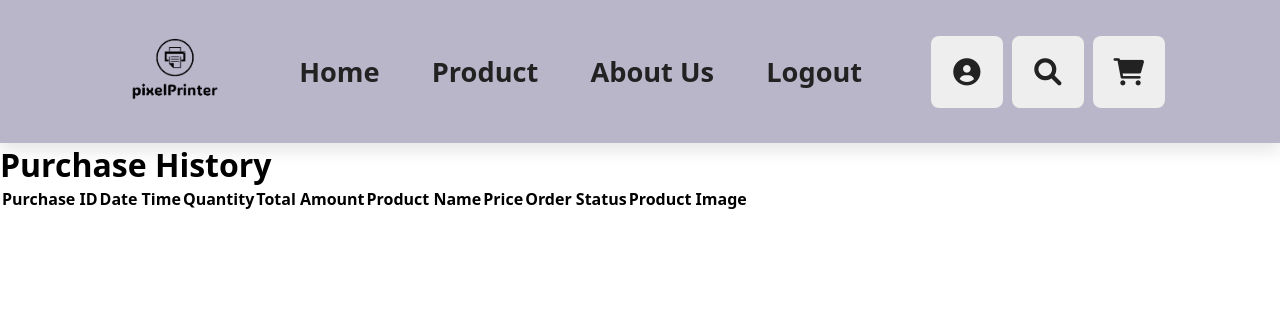
Repository: happy-kitty0821/PixlePrinters
Page: http://localhost/PixlePrint/PurchaseHistroyOfUserServlet
These files come from the project's save history. The page is drawn as it stood at one moment and after the next save; the edit follows.
The browser window is 1280 px wide. The pictures show the whole page.
Some web libraries are served in a nearby version. The page is served by Tomcat 9. The session is filled in as if someone had signed in: {"username": "testuser", "userId": 1, "accountType": "admin"}. Queries for data that is not in the repository find no rows.

Above is the page before, as saved 2024-05-09 15:49:50.

After the next save:
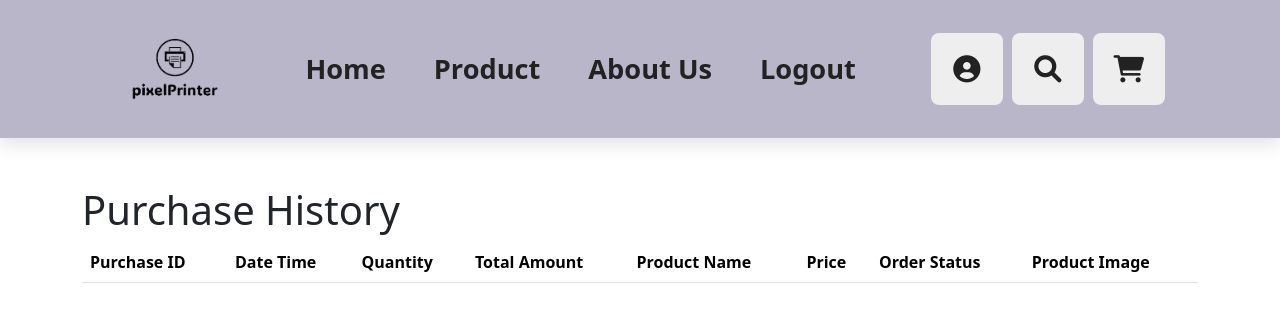
Saved 68 s later.
--- a/PixlePrint/src/main/webapp/pages/PurchaseHistroy.jsp
+++ b/PixlePrint/src/main/webapp/pages/PurchaseHistroy.jsp
@@ -3,34 +3,42 @@
 <%@ page import="utils.Utilities" %>
 <%@ include file="Header.jsp" %>
 
+<!-- Add Bootstrap CSS link -->
+<link href="https://cdn.jsdelivr.net/npm/bootstrap@5.4.3/dist/css/bootstrap.min.css" rel="stylesheet">
+
 <body>
-    <h1>Purchase History</h1>
-    <table>
-        <thead>
-            <tr>
-                <th>Purchase ID</th>
-                <th>Date Time</th>
-                <th>Quantity</th>
-                <th>Total Amount</th>
-                <th>Product Name</th>
-                <th>Price</th>
-                <th>Order Status</th>
-                <th>Product Image</th>
-            </tr>
-        </thead>
-        <tbody>
-            <% for (PurchaseHistroyModel purchase : (List<PurchaseHistroyModel>) request.getAttribute("purchaseHistroy")) { %>
+    <div class="container mt-5">
+        <h1>Purchase History</h1>
+        <table class="table table-striped">
+            <thead>
                 <tr>
-                    <td><%= purchase.getPurchaseId() %></td>
-                    <td><%= purchase.getDateTime() %></td>
-                    <td><%= purchase.getQuantity() %></td>
-                    <td><%= purchase.getTotalAmount() %></td>
-                    <td><%= purchase.getProductName() %></td>
-                    <td><%= purchase.getPrice() %></td>
-                    <td><%= purchase.getPurchaseStatus() %></td>
-                    <td><img src="<%= request.getContextPath() %>/Uploads/ProductImages/<%= purchase.getProductImage() %>" alt="<%= purchase.getProductName() %>" style="width: 100px; height: 100px;"></td>
+                    <th>Purchase ID</th>
+                    <th>Date Time</th>
+                    <th>Quantity</th>
+                    <th>Total Amount</th>
+                    <th>Product Name</th>
+                    <th>Price</th>
+                    <th>Order Status</th>
+                    <th>Product Image</th>
                 </tr>
-            <% } %>
-        </tbody>
-    </table>
+            </thead>
+            <tbody>
+                <% for (PurchaseHistroyModel purchase : (List<PurchaseHistroyModel>) request.getAttribute("purchaseHistroy")) { %>
+                    <tr>
+                        <td><%= purchase.getPurchaseId() %></td>
+                        <td><%= purchase.getDateTime() %></td>
+                        <td><%= purchase.getQuantity() %></td>
+                        <td><%= purchase.getTotalAmount() %></td>
+                        <td><%= purchase.getProductName() %></td>
+                        <td><%= purchase.getPrice() %></td>
+                        <td><%= purchase.getPurchaseStatus() %></td>
+                        <td><img src="<%= request.getContextPath() %>/Uploads/ProductImages/<%= purchase.getProductImage() %>" alt="<%= purchase.getProductName() %>" style="max-width: 100px; max-height: 100px;"></td>
+                    </tr>
+                <% } %>
+            </tbody>
+        </table>
+    </div>
+
+    <!-- Add Bootstrap JavaScript and dependencies (optional) -->
+    <script src="https://cdn.jsdelivr.net/npm/bootstrap@5.4.3/dist/js/bootstrap.bundle.min.js"></script>
 </body>
